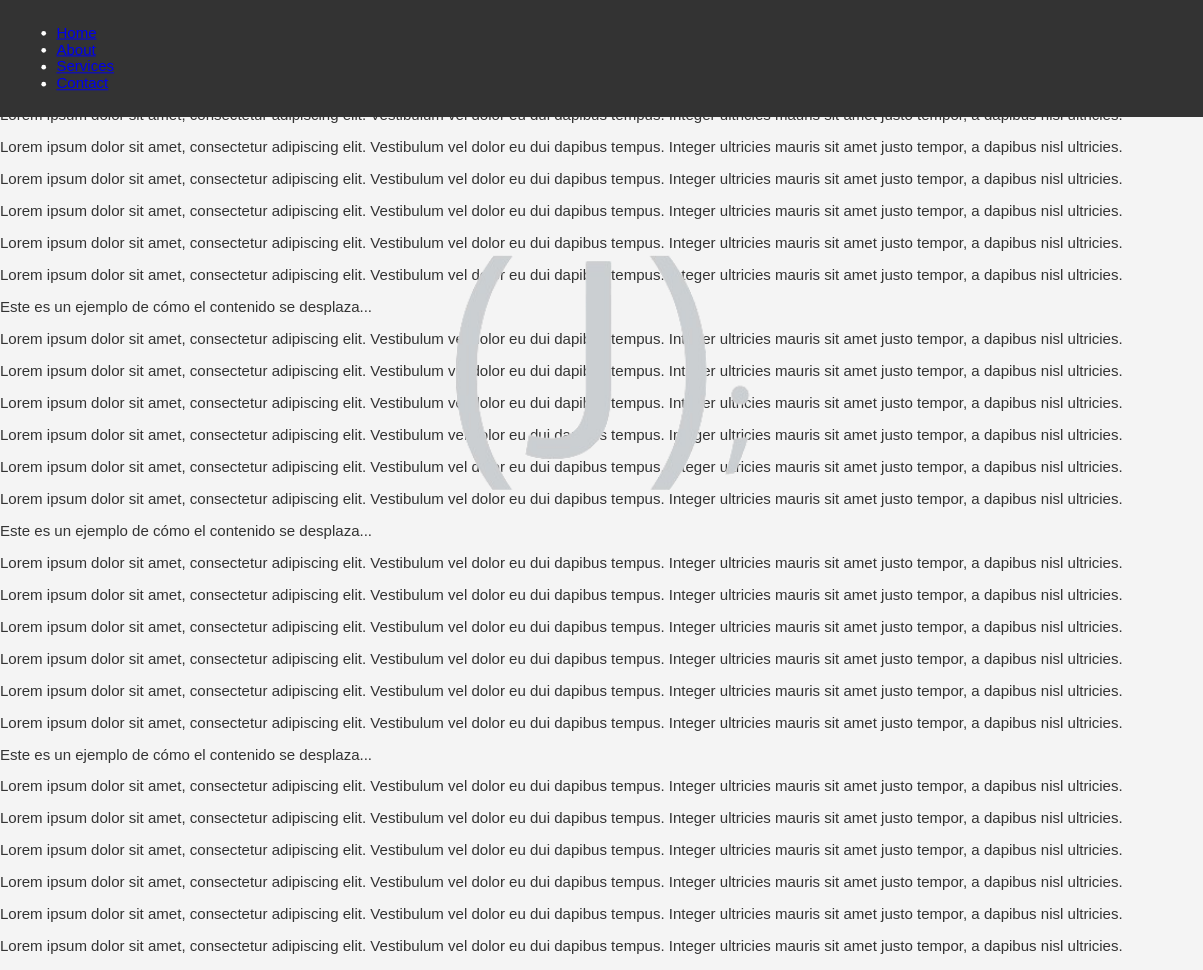
Repository: JoyMoGas/HelujaArc
Page: http://localhost/
The author's editor kept a copy of each file at every save. The page is drawn from the files as they stood at one save, then again after the next save.
The browser window is 1280 px wide. The pictures show the whole page, at 94% of full size.
The page is served by the project's application, run on Flask 3 (run.py).

Above is the page before, as saved 2024-08-11 15:18:41.

### templates/index.html
{% extends "base.html" %}

{% block content %}
<div class="body-logo">
    <img src="{{ url_for('static', filename='logo.png') }}" alt="Logo" id="logo">
</div>

<div class="content">
    <h1>Bienvenido a Mi Aplicación</h1>
    <p>Este es un ejemplo de cómo el contenido se desplaza...</p>
    <p>Lorem ipsum dolor sit amet, consectetur adipiscing elit. Vestibulum vel dolor eu dui dapibus tempus. Integer ultricies mauris sit amet justo tempor, a dapibus nisl ultricies.</p>
    <p>Lorem ipsum dolor sit amet, consectetur adipiscing elit. Vestibulum vel dolor eu dui dapibus tempus. Integer ultricies mauris sit amet justo tempor, a dapibus nisl ultricies.</p>
    <p>Lorem ipsum dolor sit amet, consectetur adipiscing elit. Vestibulum vel dolor eu dui dapibus tempus. Integer ultricies mauris sit amet justo tempor, a dapibus nisl ultricies.</p>
    <p>Lorem ipsum dolor sit amet, consectetur adipiscing elit. Vestibulum vel dolor eu dui dapibus tempus. Integer ultricies mauris sit amet justo tempor, a dapibus nisl ultricies.</p>
    <p>Lorem ipsum dolor sit amet, consectetur adipiscing elit. Vestibulum vel dolor eu dui dapibus tempus. Integer ultricies mauris sit amet justo tempor, a dapibus nisl ultricies.</p>
    <p>Lorem ipsum dolor sit amet, consectetur adipiscing elit. Vestibulum vel dolor eu dui dapibus tempus. Integer ultricies mauris sit amet justo tempor, a dapibus nisl ultricies.</p>
    <p>Este es un ejemplo de cómo el contenido se desplaza...</p>
    <p>Lorem ipsum dolor sit amet, consectetur adipiscing elit. Vestibulum vel dolor eu dui dapibus tempus. Integer ultricies mauris sit amet justo tempor, a dapibus nisl ultricies.</p>
    <p>Lorem ipsum dolor sit amet, consectetur adipiscing elit. Vestibulum vel dolor eu dui dapibus tempus. Integer ultricies mauris sit amet justo tempor, a dapibus nisl ultricies.</p>
    <p>Lorem ipsum dolor sit amet, consectetur adipiscing elit. Vestibulum vel dolor eu dui dapibus tempus. Integer ultricies mauris sit amet justo tempor, a dapibus nisl ultricies.</p>
    <p>Lorem ipsum dolor sit amet, consectetur adipiscing elit. Vestibulum vel dolor eu dui dapibus tempus. Integer ultricies mauris sit amet justo tempor, a dapibus nisl ultricies.</p>
    <p>Lorem ipsum dolor sit amet, consectetur adipiscing elit. Vestibulum vel dolor eu dui dapibus tempus. Integer ultricies mauris sit amet justo tempor, a dapibus nisl ultricies.</p>
    <p>Lorem ipsum dolor sit amet, consectetur adipiscing elit. Vestibulum vel dolor eu dui dapibus tempus. Integer ultricies mauris sit amet justo tempor, a dapibus nisl ultricies.</p>

    <p>Este es un ejemplo de cómo el contenido se desplaza...</p>
    <p>Lorem ipsum dolor sit amet, consectetur adipiscing elit. Vestibulum vel dolor eu dui dapibus tempus. Integer ultricies mauris sit amet justo tempor, a dapibus nisl ultricies.</p>
    <p>Lorem ipsum dolor sit amet, consectetur adipiscing elit. Vestibulum vel dolor eu dui dapibus tempus. Integer ultricies mauris sit amet justo tempor, a dapibus nisl ultricies.</p>
    <p>Lorem ipsum dolor sit amet, consectetur adipiscing elit. Vestibulum vel dolor eu dui dapibus tempus. Integer ultricies mauris sit amet justo tempor, a dapibus nisl ultricies.</p>
    <p>Lorem ipsum dolor sit amet, consectetur adipiscing elit. Vestibulum vel dolor eu dui dapibus tempus. Integer ultricies mauris sit amet justo tempor, a dapibus nisl ultricies.</p>
    <p>Lorem ipsum dolor sit amet, consectetur adipiscing elit. Vestibulum vel dolor eu dui dapibus tempus. Integer ultricies mauris sit amet justo tempor, a dapibus nisl ultricies.</p>
    <p>Lorem ipsum dolor sit amet, consectetur adipiscing elit. Vestibulum vel dolor eu dui dapibus tempus. Integer ultricies mauris sit amet justo tempor, a dapibus nisl ultricies.</p>

    <p>Este es un ejemplo de cómo el contenido se desplaza...</p>
    <p>Lorem ipsum dolor sit amet, consectetur adipiscing elit. Vestibulum vel dolor eu dui dapibus tempus. Integer ultricies mauris sit amet justo tempor, a dapibus nisl ultricies.</p>
    <p>Lorem ipsum dolor sit amet, consectetur adipiscing elit. Vestibulum vel dolor eu dui dapibus tempus. Integer ultricies mauris sit amet justo tempor, a dapibus nisl ultricies.</p>
    <p>Lorem ipsum dolor sit amet, consectetur adipiscing elit. Vestibulum vel dolor eu dui dapibus tempus. Integer ultricies mauris sit amet justo tempor, a dapibus nisl ultricies.</p>
    <p>Lorem ipsum dolor sit amet, consectetur adipiscing elit. Vestibulum vel dolor eu dui dapibus tempus. Integer ultricies mauris sit amet justo tempor, a dapibus nisl ultricies.</p>
    <p>Lorem ipsum dolor sit amet, consectetur adipiscing elit. Vestibulum vel dolor eu dui dapibus tempus. Integer ultricies mauris sit amet justo tempor, a dapibus nisl ultricies.</p>
    <p>Lorem ipsum dolor sit amet, consectetur adipiscing elit. Vestibulum vel dolor eu dui dapibus tempus. Integer ultricies mauris sit amet justo tempor, a dapibus nisl ultricies.</p>


</div>
{% endblock %}

### templates/base.html
<!DOCTYPE html>
<html lang="en">
<head>
    <meta charset="UTF-8">
    <meta name="viewport" content="width=device-width, initial-scale=1.0">
    <title>Mi Aplicación</title>
    <!-- Incluir hoja de estilo -->
    <link rel="stylesheet" href="{{ url_for('static', filename='style.css') }}">
</head>
<body>
    <nav class="navbar">
        <div class="navbar-logo" id="navbar-logo" style="display: none;">
            <img src="{{ url_for('static', filename='logo.png') }}" alt="Logo">
        </div>
        <ul class="navbar-links">
            <li><a href="#">Home</a></li>
            <li><a href="#">About</a></li>
            <li><a href="#">Services</a></li>
            <li><a href="#">Contact</a></li>
        </ul>
    </nav>
    <div class="content">
        {% block content %}
        {% endblock %}
    </div>
    <script src="{{ url_for('static', filename='scripts.js') }}"></script>
</body>
</html>

### static/style.css
/* Estilo para el cuerpo de la página */
body {
    margin: 0;
    font-family: Arial, sans-serif;
    background-color: #f4f4f4; /* Color de fondo del body */
    color: #333; /* Color del texto del body */
    position: relative; /* Necesario para la posición del logotipo */
}

/* Estilo para la navbar */
.navbar {
    position: fixed;
    top: 0;
    width: 100%;
    background-color: #333; /* Color de fondo de la navbar */
    color: white;
    display: flex;
    align-items: center;
    justify-content: space-between;
    padding: 10px 20px;
    z-index: 1000; /* Asegura que la navbar esté por encima de otros contenidos */
}

/* Logo en la navbar */
.navbar-logo {
    position: fixed;
    top: 10px;
    left: 20px; /* Ajusta según la ubicación deseada en la navbar */
    width: 60px; /* Tamaño del logotipo en la navbar */
    height: auto;
    transition: transform 0.5s ease, width 0.5s ease, height 0.5s ease;
    display: none; /* Inicialmente oculto */
}

/* Define la animación de deslizamiento */
@keyframes slideToNavbar {
    0% {
        transform: translateY(0) translateX(0) scale(1);
    }
    100% {
        transform: translateY(-100vh) translateX(-calc(50vw - 20px)) scale(0.5);
    }
}

/* Estilos iniciales del logotipo en el body */
#body-logo {
    position: absolute;
    top: 50%;
    left: 50%;
    transform: translate(-50%, -50%);
    transition: transform 0.5s ease, width 0.5s ease, height 0.5s ease;
}

/* Aplica los estilos cuando el usuario hace scroll */
.scrolled #body-logo {
    display: none; /* Oculta el logotipo en el body */
}

.scrolled .navbar-logo {
    display: block; /* Muestra el logotipo en la navbar */
    animation: slideToNavbar 1s forwards; /* Aplica la animación */
}

### static/scripts.js
"use strict";
document.addEventListener('DOMContentLoaded', () => {
    window.scrollTo(0, 0);
    const logo = document.getElementById('logo');
    const handleScroll = () => {
        if (window.scrollY > 50) {
            logo.style.position = 'fixed';
            logo.style.top = '0px';
            logo.style.left = '120px';
            logo.style.height = '100px';
            logo.style.transform = 'translateX(0) scale(0.6)';
        }
        else {
            logo.style.position = 'absolute';
            logo.style.top = '250px';
            logo.style.left = '50%';
            logo.style.transform = 'translateX(-50%) scale(1)';
            logo.style.height = '250px';
        }
    };
    window.addEventListener('scroll', handleScroll);
    // Inicializa el estado del logotipo
    handleScroll();
});
window.addEventListener('scroll', () => {
    const navbar = document.querySelector('.navbar');
    if (window.scrollY > 50) {
        navbar.classList.add('scrolled');
    }
    else {
        navbar.classList.remove('scrolled');
    }
});
window.addEventListener('beforeunload', () => {
    window.scrollTo(0, 0);
});

Loaded but not shown: run.py (common file)

After the next save:
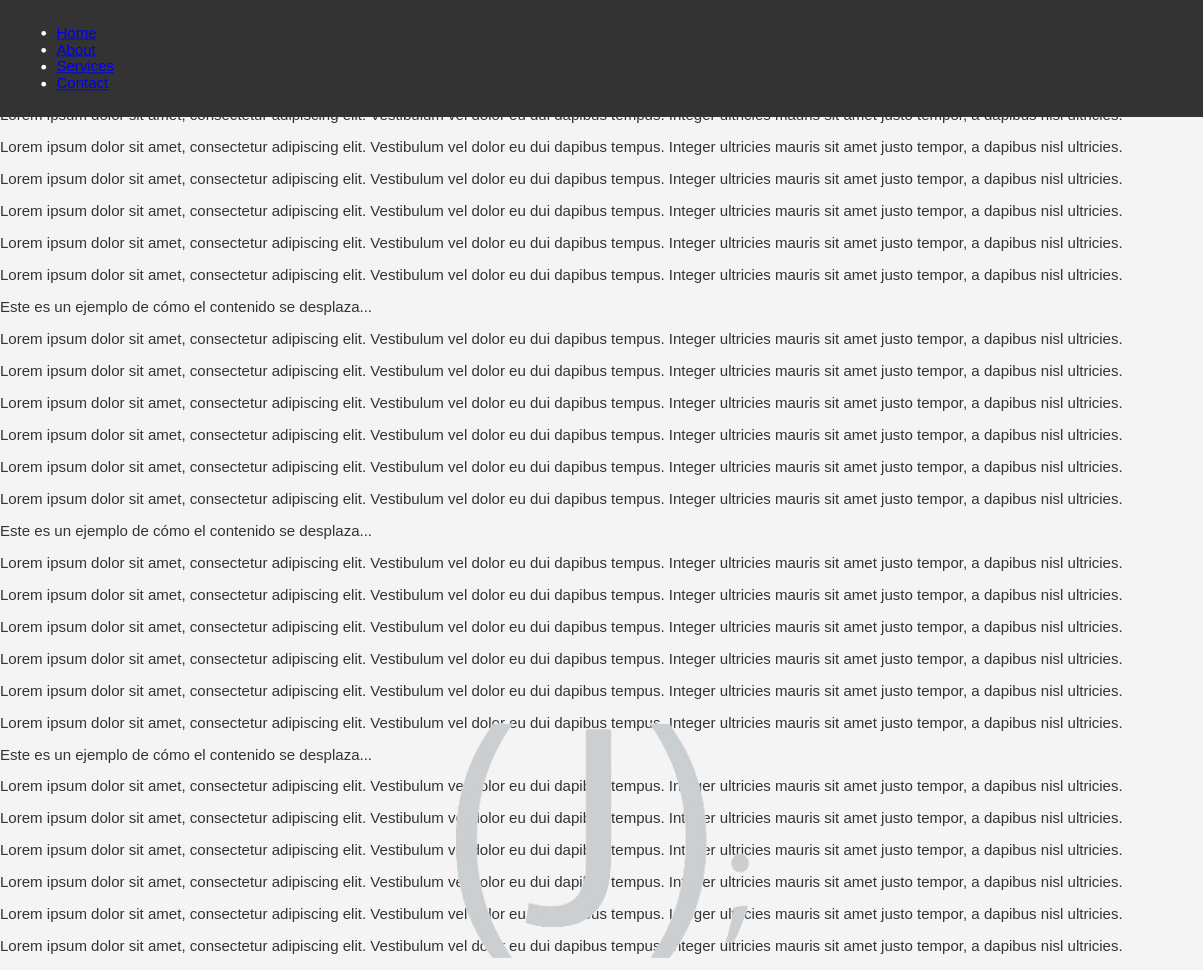
Saved 27 s later.
--- a/templates/index.html
+++ b/templates/index.html
@@ -1,7 +1,7 @@
 {% extends "base.html" %}
 
 {% block content %}
-<div class="body-logo">
+<div id="body-logo">
     <img src="{{ url_for('static', filename='logo.png') }}" alt="Logo" id="logo">
 </div>
 
